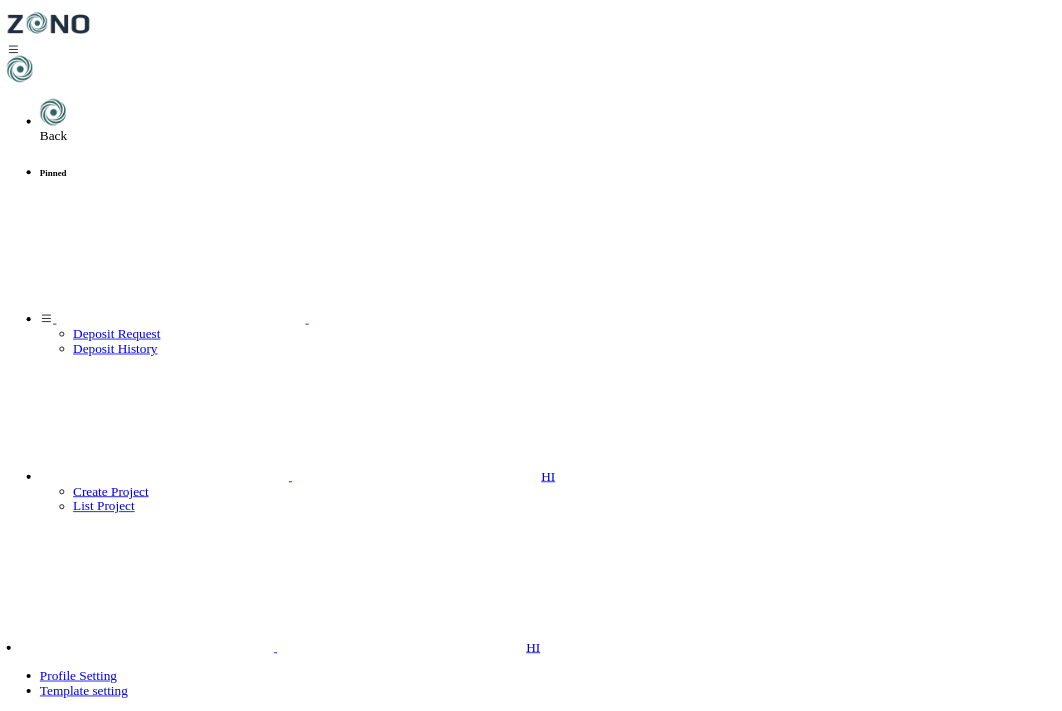
Repository: SPOTWEBDEV/ReceiptGeneratorWebsite
Page: http://localhost/ReceiptGeneratorWebsite/include/sidenav.php
The author's editor kept a copy of each file at every save. The page is drawn from the files as they stood at one save, then again after the next save.
The browser window is 1280 px wide. The pictures show the whole page, at 83% of full size.
The page is run by PHP 8.4 with error messages shown; the project is at /var/www/html/.

Above is the page before, as saved 2025-07-16 15:08:54.

After the next save:
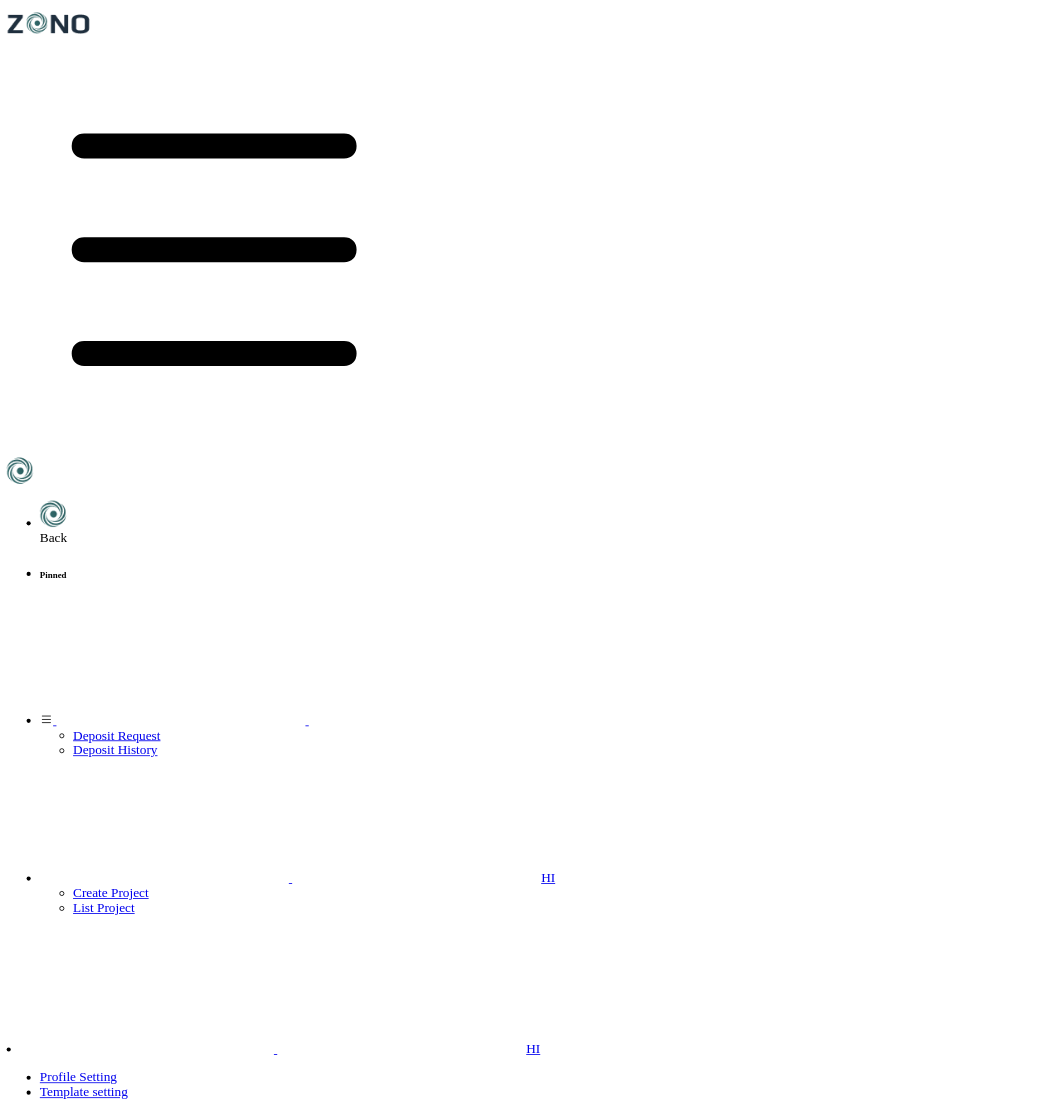
Saved 23 s later.
--- a/include/sidenav.php
+++ b/include/sidenav.php
@@ -13,7 +13,7 @@
     <div>
       <div class="logo-wrapper"><a href="index-2.html"> <img class="img-fluid for-light" src="../assets/images/logo/logo.png" alt=""><img class="img-fluid for-dark" src="../assets/images/logo/logo_dark.png" alt=""></a>
         <div class="toggle-sidebar">
-        <i style="display: flex; font: size 500px; width:100%;" class="bi bi-list"></i>
+        <i style="display: flex; font-size: 500px;; width:100%;" class="bi bi-list"></i>
         </div>
       </div>
       <div class="logo-icon-wrapper"><a href="index-2.html"><img class="img-fluid" src="../assets/images/logo/logo-icon.png" alt=""></a></div>
